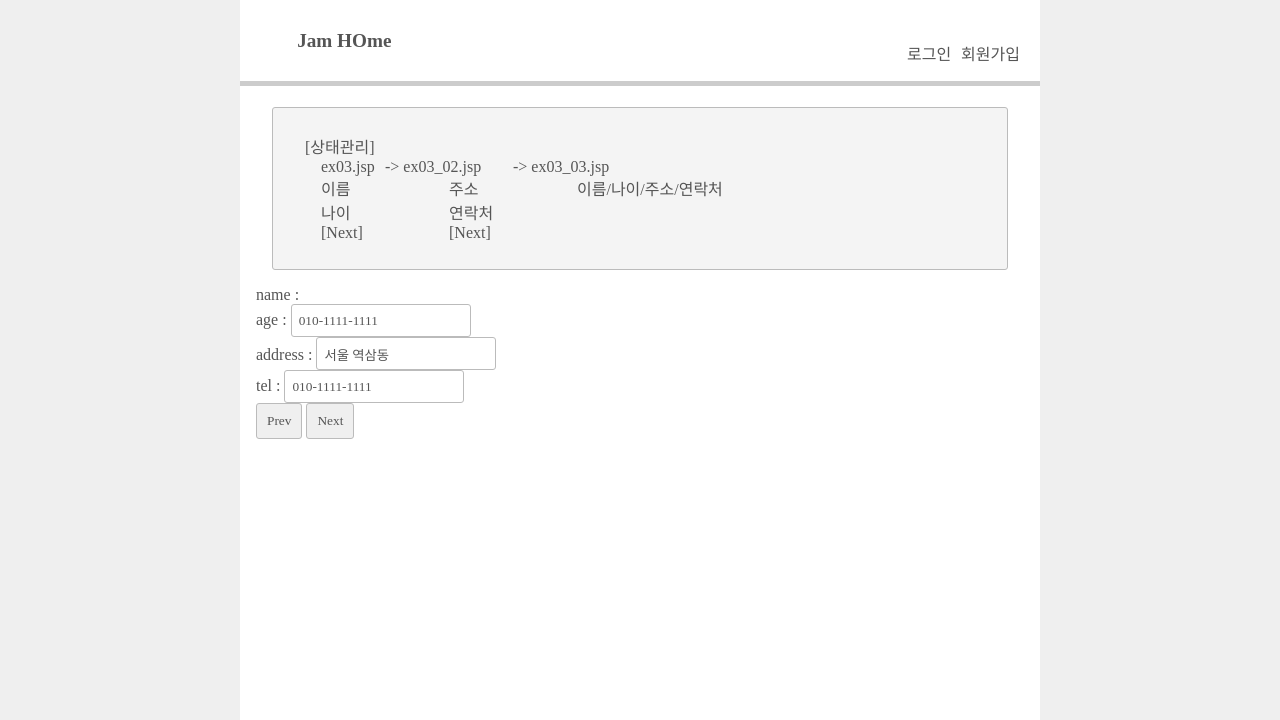
Repository: woals5636/JSPClass
Page: http://localhost/jspPro/days04/ex03_02.jsp
An editor plug-in stored every save of this project. The page is shown before and after the next save, followed by the edit.
The browser window is 1280 px wide. The pictures show the whole page.
Some web fonts or font styles are not loaded; a fallback is used. The page is served by Tomcat 9.

Above is the page before, as saved 2024-10-18 06:14:38.

After the next save:
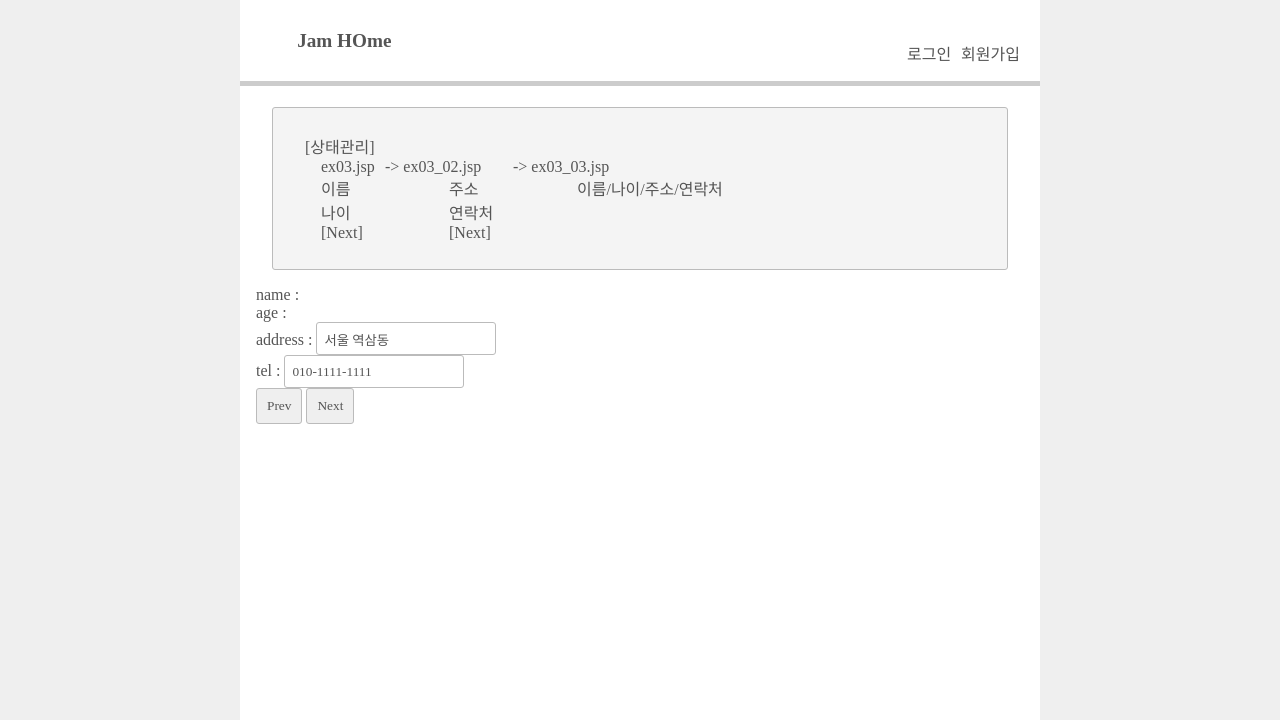
Saved 24 s later.
--- a/jspPro/src/main/webapp/days04/ex03_02.jsp
+++ b/jspPro/src/main/webapp/days04/ex03_02.jsp
@@ -42,8 +42,8 @@
   %>
 
   <form action="ex03_03.jsp">
-  	name : <input type="hidden" name="address" value="서울 역삼동"><br>
-  	age : <input type="text" name="tel" value="010-1111-1111"><br>
+  	name : <input type="hidden" name="name" value="${ name }"><br>
+  	age : <input type="hidden" name="age" value="${ age }"><br>
   	address : <input type="text" name="address" value="서울 역삼동"><br>
   	tel : <input type="text" name="tel" value="010-1111-1111"><br>
   	<input type="button" value="Prev" onclick="history.back()">
